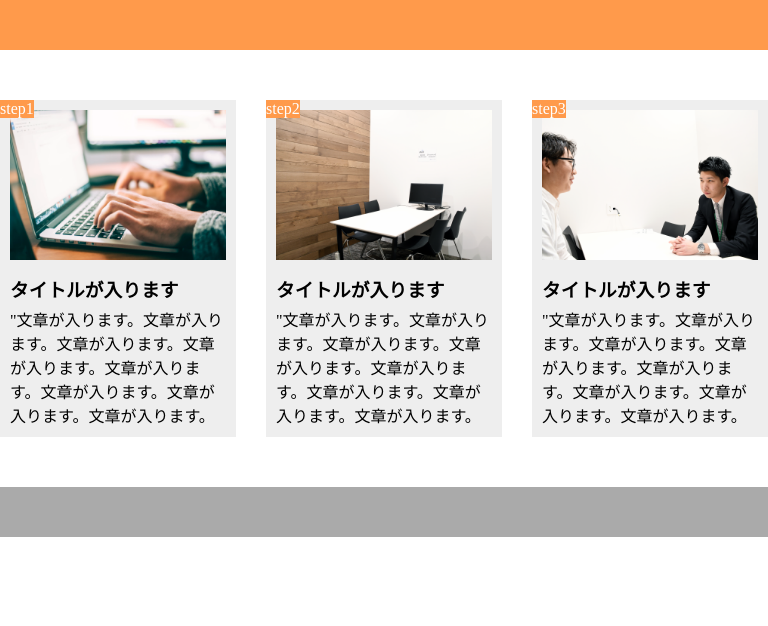
Repository: hal96no/caravan
Page: caravan/index.html
The author's editor kept a record of every edit. The page is drawn from the files as they stood at one moment, then again after the next edit.
The browser window is 768 px wide. The pictures show the whole page.

Above is the page before.

After the next edit:
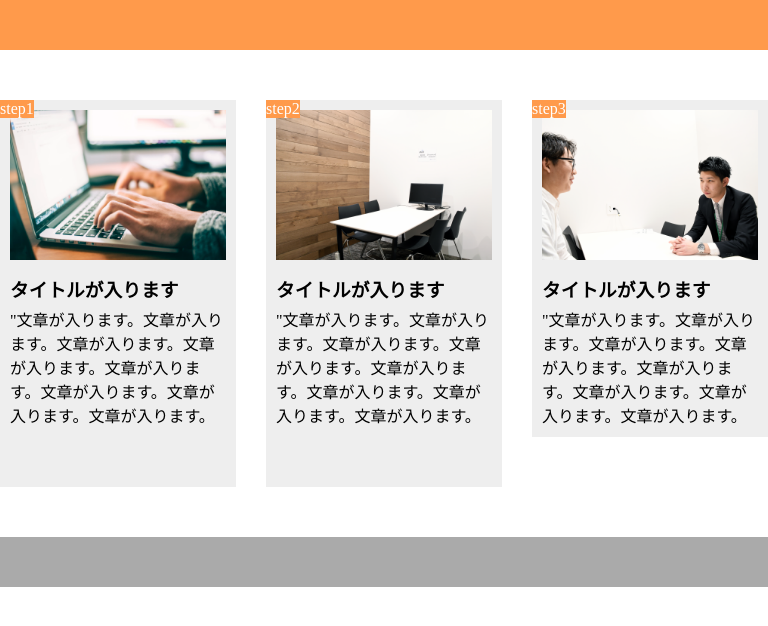
The edit:
--- a/caravan/style.css
+++ b/caravan/style.css
@@ -80,7 +80,7 @@
 }
 
 .step-box:last-child {
-  margin-right: 0;
+  margin: 0px 0px 50px 0px;
 }
 
 .step-num {
